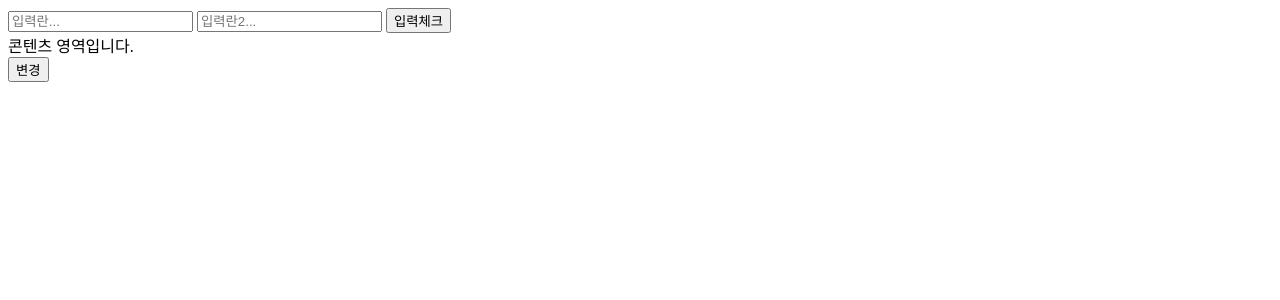
Repository: mjh1583/Hustar03_eGov
Page: http://localhost/JavaScript/js005.jsp
The author's editor kept a copy of each file at every save. The page is drawn from the files as they stood at one save, then again after the next save.
The browser window is 1280 px wide. The pictures show the whole page.
The page is served by Tomcat 9.

Above is the page before, as saved 2021-05-06 06:45:30.

After the next save:
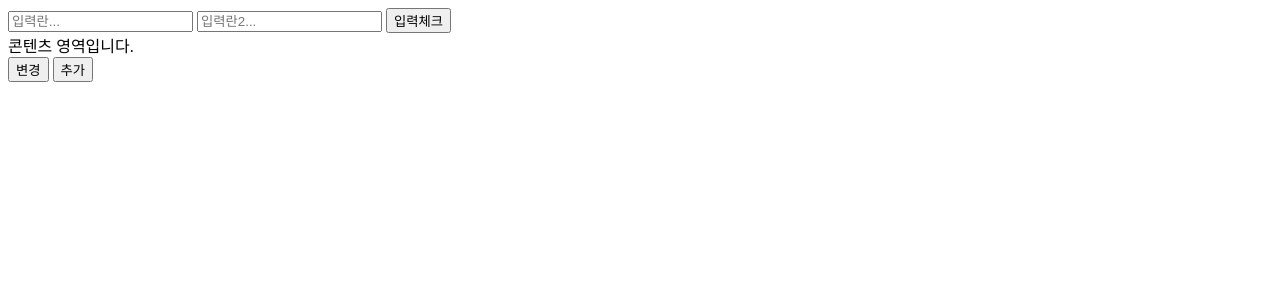
Saved 13 s later.
--- a/workspace/JavaScript/src/main/webapp/js005.jsp
+++ b/workspace/JavaScript/src/main/webapp/js005.jsp
@@ -18,6 +18,7 @@
 			콘텐츠 영역입니다.
 		</div>
 		<input type="button" value="변경" onclick="fn_change();"/>
+		<input type="button" value="추가" onclick="fn_add();"/>
 	</div>
 
 	<script src="https://code.jquery.com/jquery-3.6.0.js" ></script>
